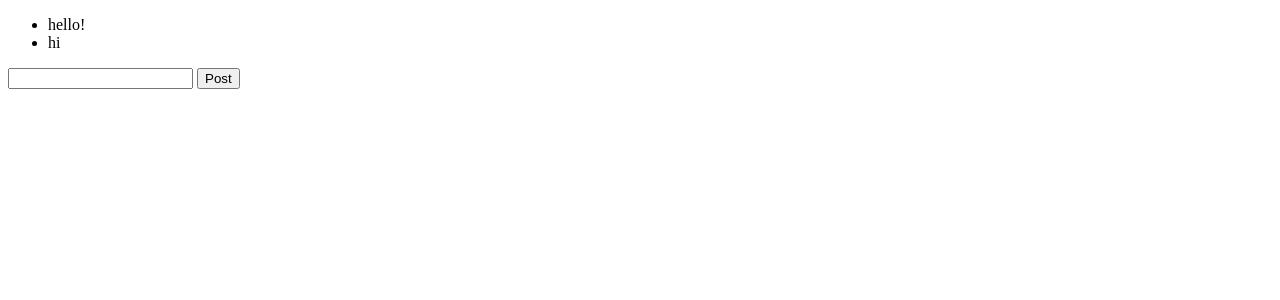
Repository: ponchanx/basic_php_webdev-master
Page: http://localhost/work/web/index.php
The author's editor kept a copy of each file at every save. The page is drawn from the files as they stood at one save, then again after the next save.
The browser window is 1280 px wide. The pictures show the whole page.
The page is run by PHP 8.4 with error messages shown; the project is at /var/www/html/.

Above is the page before, as saved 2022-02-18 18:05:19.

### work/web/index.php
<?php

/*function.phpにうつした関数を読み込むため。
  index.phpがある一つ上のフォルダのappの中の〜と書いてやれば良い。
  また、function.phpは読み込みを失敗したら処理を止めて欲しいので、reqire。
*/
require('../app/functions.php');

if ($_SERVER['REQUEST_METHOD'] === 'POST') {
  $message = trim(filter_input(INPUT_POST, 'message'));
  $message = $message !== '' ? $message : '...';

  $filename = '../app/messages.txt';
  $fp = fopen($filename, 'a');
  fwrite($fp, $message . "\n");
  fclose($fp);



}

$filename = '../app/messages.txt';
$messages = file($filename, FILE_IGNORE_NEW_LINES);

/*heder.phpの方は読み込みに失敗しても処理を止めるほどではないので、include。*/
include('../app/_parts/_header.php');

?>


<!-- <form action="result.php" method="get"> -->
  <!-- <input type="text" name="message"> -->
  <!-- 複数行の文字列を送信するtextarea。  -->
  <!-- <textarea name="message"></textarea> -->

 <ul>
  <?php foreach ($messages as $message): ?>
    <li><?= h($message); ?></li>
  <?php endforeach; ?>
  </ul>

  <form action="" method="post">
    <input type="text" name="message">
    <button>Post</button>

 </form>

<?php

include('../app/_parts/_footer.php');

### work/app/functions.php
<?php

//よく使うため短い関数にしてあげる。今回はh
function h($str)
{
  return htmlspecialchars($str, ENT_QUOTES, 'UTF-8');
}

/*phpではhtmlに値を埋め込む時には、悪意のページに飛ばされたりのないように
　htmlのタグとして解釈されないように文字実体参照に変換する必要がある。
 htmlspcialchars()を使う。すとただの文字列として表示される
*/

### work/app/messages.txt
hello!
hi

### work/app/_parts/_header.php
<!DOCTYPE html>
<html lang="ja">
<head>
  <meta charset="utf-8">
  <title>PHP Practice</title>
</head>
<body>

Loaded but not shown: work/app/_parts/_footer.php (common file)

After the next save:
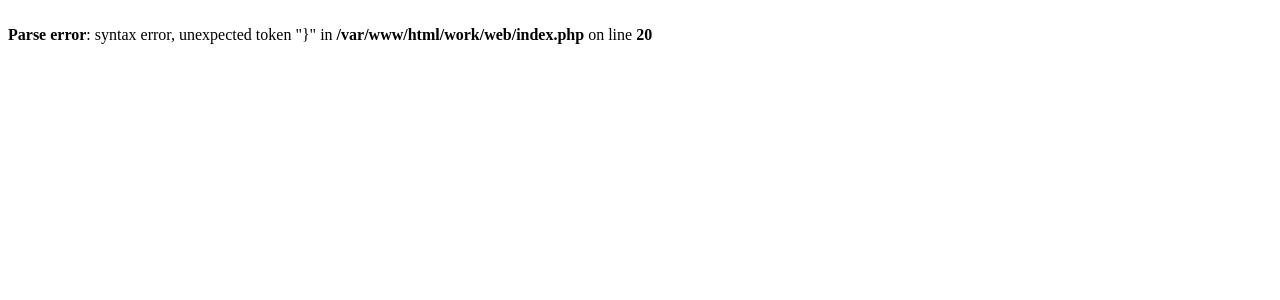
Saved 4 s later.
--- a/work/web/index.php
+++ b/work/web/index.php
@@ -15,7 +15,7 @@ if ($_SERVER['REQUEST_METHOD'] === 'POST') {
   fwrite($fp, $message . "\n");
   fclose($fp);
 
-
+  header()
 
 }
 
